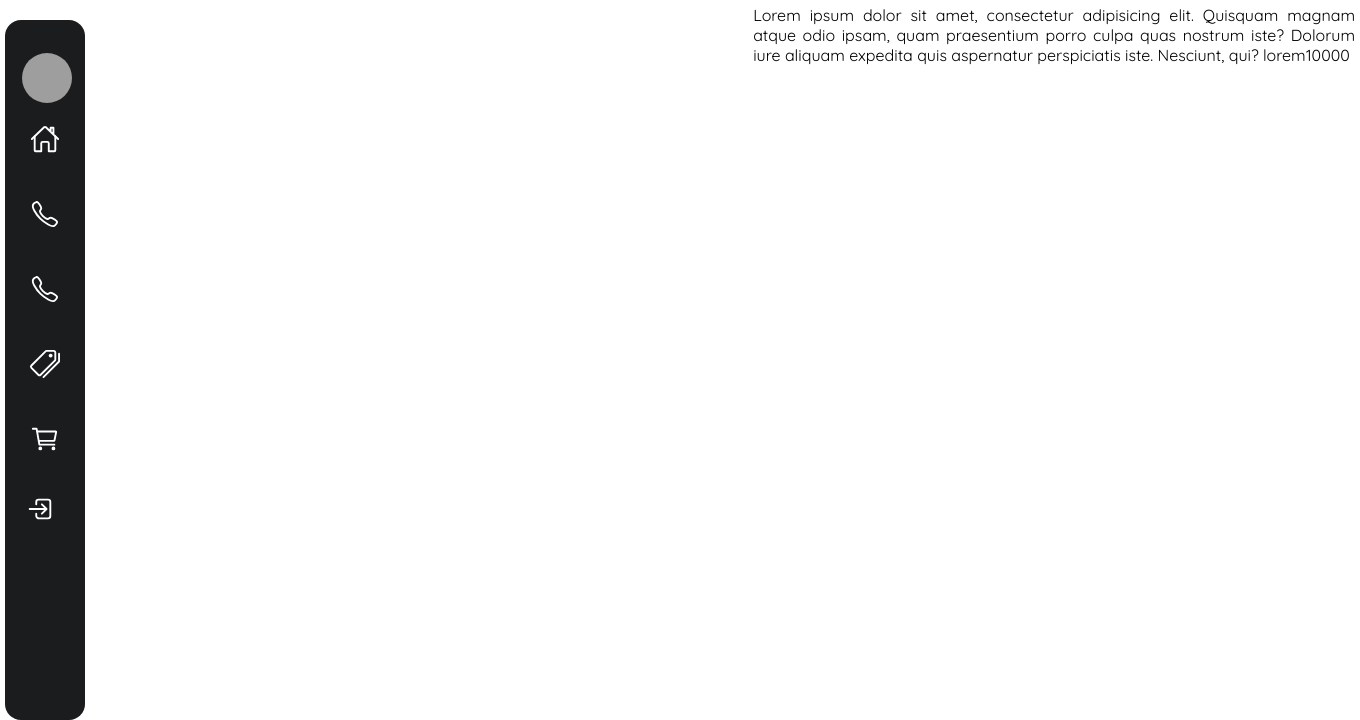
Repository: Fuocmanh/demo
Page: site/nav.html
An editor plug-in stored every save of this project. The page is shown before and after a run of saves, followed by the edit.
The browser window is 1280 px wide. The page is 1360 px wide, then 1280 px, so the pictures cover 1360 px, including what lies to the right of the window. The pictures show the whole page.
Pictures or frames that could not be fetched are drawn as grey boxes.

Above is the page before, as saved 2022-12-30 17:38:55.

### site/nav.html
<!DOCTYPE html>
<html lang="en">

<head>
    <meta charset="UTF-8">
    <meta name="viewport" content="width=device-width, initial-scale=1" />
    <link rel="stylesheet" href="../css/style.css">
    <script type="module" src="https://unpkg.com/ionicons@5.5.2/dist/ionicons/ionicons.esm.js"></script>
    <script nomodule src="https://unpkg.com/ionicons@5.5.2/dist/ionicons/ionicons.js"></script>
</head>

<body >
    <section id="sidebar">
        <div class="sidebar">
            <a href="#" class="logo">
                <img src="https://i.pinimg.com/550x/dd/6d/22/dd6d2277032c5f365dd3149d45b3a820.jpg" alt="" class="logo-image" />
            </a>
            <nav>
                <ul class="menu">
                    <li class="menu-item">
                        <a href="#" class="menu-link">
                            <ion-icon name="home-outline"></ion-icon>
                            <span>Trang chủ</span>
                        </a>
                    </li>
                    <li class="menu-item">
                        <a href="#" class="menu-link">
                            <ion-icon name="call-outline"></ion-icon>
                            <span>Liên hệ</span>
                        </a>
                    </li>
                    <li class="menu-item">
                        <a href="#" class="menu-link">
                            <ion-icon name="call-outline"></ion-icon>
                            <span>Giới thiệu</span>

                        </a>
                    </li>
                    <li class="menu-item">
                        <a href="#" class="menu-link">
                            <ion-icon name="pricetags-outline"></ion-icon>
                            <span>Sản phẩm</span>
                        </a>
                    </li>
                    <li class="menu-item">
                        <a href="#" class="menu-link">
                            <ion-icon name="cart-outline"></ion-icon>
                            <span>Giỏ hàng</span>
                        </a>
                    </li>
                    <li class="menu-item" style="margin: -5px;">
                        <a href="#" class="menu-link">
                            <ion-icon name="log-in-outline"></ion-icon>
                            <span>Đăng xuất</span>
                        </a>
                    </li>
                </ul>
            </nav>

            <!-- <div class="">
                <a href="#!"><ion-icon name="log-in-outline"></ion-icon></a>
            </div> -->
        </div>
    </section>
    <section class="content">
        <p style="text-align: justify;padding: 5px;">Lorem ipsum dolor sit amet, consectetur adipisicing elit. Quisquam magnam atque odio ipsam, quam praesentium porro culpa quas nostrum iste? Dolorum iure aliquam expedita quis aspernatur perspiciatis iste. Nesciunt, qui?
            lorem10000
        </p>
    </section>
    <script src="../js/style.js"></script>
</body>

</html>

### css/style.css
@import url('https://fonts.googleapis.com/css2?family=Quicksand:wght@300;400;500;600;700&display=swap');

html {
    font-family: 'Quicksand', sans-serif;
}

* {
    /* font-size: 18px; */
    width: 100%;
    margin: 0px;
    padding: 0px;
    box-sizing: border-box;
}

body {
    width: 100%;
    display: flex;
    flex-direction: row;
    position: static;
}

#sidebar {
    position: relative;
    /* height: calc(100% - 20px); */
    top: 10px;
    bottom: 10px;
    /* width: max-content; */
    /* background-color: aqua; */

    margin: 10px 5px;
}

.sidebar {
    position: fixed;
    background-color: #1A1C1E;
    width: 80px;
    height: calc(100% - 20px);

    padding: 40px 5px;
    border-radius: 16px;
    transition: 0.5s;
    /* transform: translate(0px,20%);    */
}

ion-icon {
    font-size: 30px;
    color: #FFFFFF;
}

.sidebar:not(:hover) .logo-image {
    transform: translate(-16px, -7px);
}

.logo {
    width: 100%;
    height: 50px;
}

.logo-image {
    transform: translateY(-8px);
    margin: 0 40%;
    width: 50px;
    height: 50px;
    border-radius: 50%;
}

.sidebar:hover  {
    width: 200px;
}

.sidebar:not(:hover) .menu-link span {
    display: none;
}

li {
    width: 100%;
    display: flex;
    align-items: center;
    justify-content: center;
    margin-bottom: 25px;
}

.menu-link {
    width: 100%;
    display: flex;
    color: #FFFFFF;
    list-style: none;
    text-decoration: none;
    padding: 10px;
    border-radius: 9% 91% 91% 9% / 52% 48% 52% 48%;
}

.menu-link:hover {
    border-radius: 9% 91% 91% 9% / 52% 48% 52% 48%;
    background-color: rgba(0, 0, 0, .5);
}

.menu-link span {
    transform: translate(-25px, 5px);
}
.content{
    width: calc(100% - 90px);
    transform: translateX(80px);
}
@media screen and (max-width:768px) {
    body {
        gap: 0px;
        flex-direction: column;
    }

    #sidebar {
        position: fixed;
        bottom: 2px;
        margin: 0 auto;
        padding: 0 !important;
        height: max-content;
        width: 100%;

        /* background-color: #1A1C1E; */
    }

    .sidebar {
        display: flex;
        flex-direction: row;
        align-items: center;
        justify-content: center;
        background-color: #1A1C1E;
        width: calc(100% - 10px);
        height: 50px !important;
        padding: 0 5px;
        margin: 0 auto;
    }

    .menu {
        display: flex;
        align-items: center !important;
        justify-content: center !important;
        flex-direction: row;
    }

    .sidebar:hover {
        width: 100%;
        /* height: max-content; */
    }

    .sidebar .menu-link span {
        display: none;
    }

    .sidebar:hover .logo-image {
        transform: translate(-16px, -7px);

    }

    .menu-link span,
    .logo-image {
        transform: translate(0px);
    }

    li {
        margin: 0;
    }

    .logo {
        display: none;
    }

    ion-icon {
        font-size: 20px;
    }

    .menu-link {
        border-radius: 50% 50% 50% 50% / 68% 70% 30% 32%;
    }

    .menu-link:hover {
        border-radius: 50% 50% 50% 50% / 68% 70% 30% 32%;
        background-color: rgba(0, 0, 0, .5);
    }
}

### js/style.js
var nav = document.getElementById('nav');
function hideShowNav(){
    display=nav.style.display ;
    display=='none'?nav.style.display ='block':nav.style.display ='none';
    // nav.style.opacity='1';
}
// function onchane(){
//     let width = document.getElementsByClassName('.box').style.width='50%';
// console.log(width);
// }

After the next 2 saves:
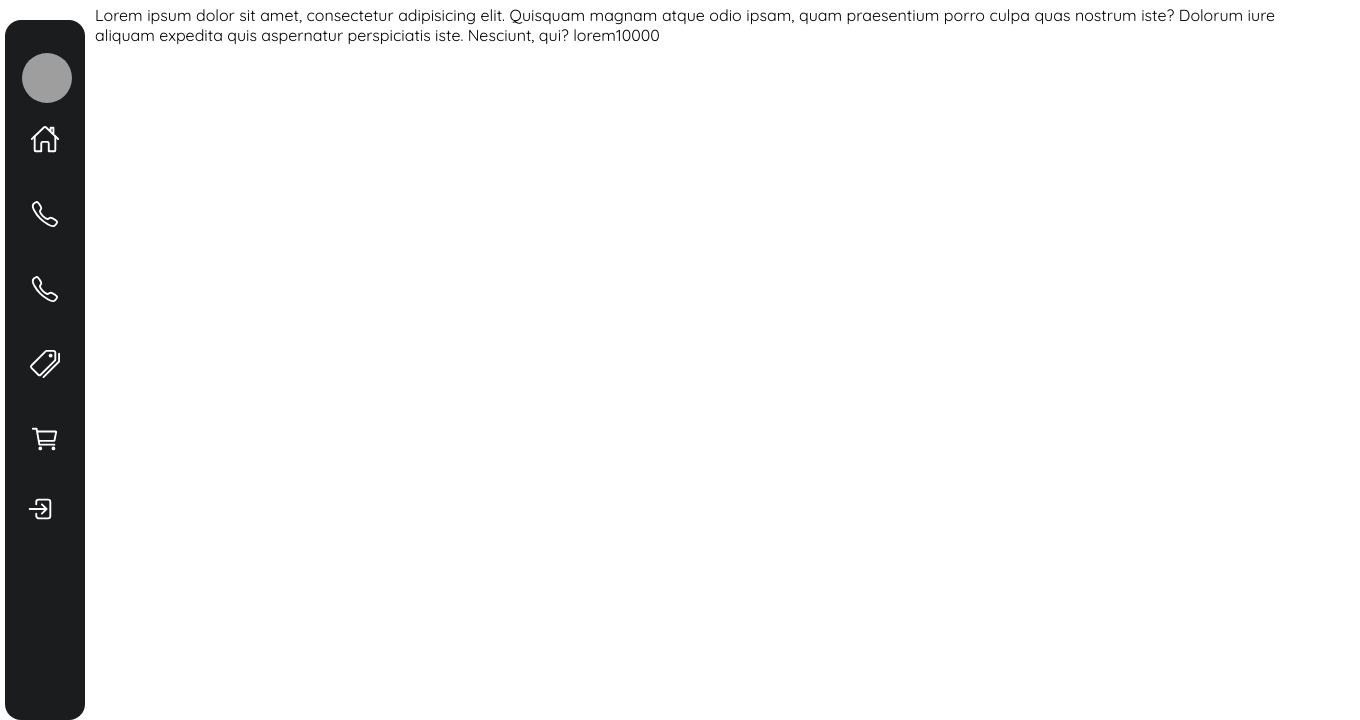
The 2 saves are shown as one change because they came seconds apart.
The last was saved 17 s later.
--- a/css/style.css
+++ b/css/style.css
@@ -21,10 +21,10 @@ body {
 
 #sidebar {
     position: relative;
-    /* height: calc(100% - 20px); */
+    height: calc(100% - 20px);
     top: 10px;
     bottom: 10px;
-    /* width: max-content; */
+    width: max-content;
     /* background-color: aqua; */
 
     margin: 10px 5px;
